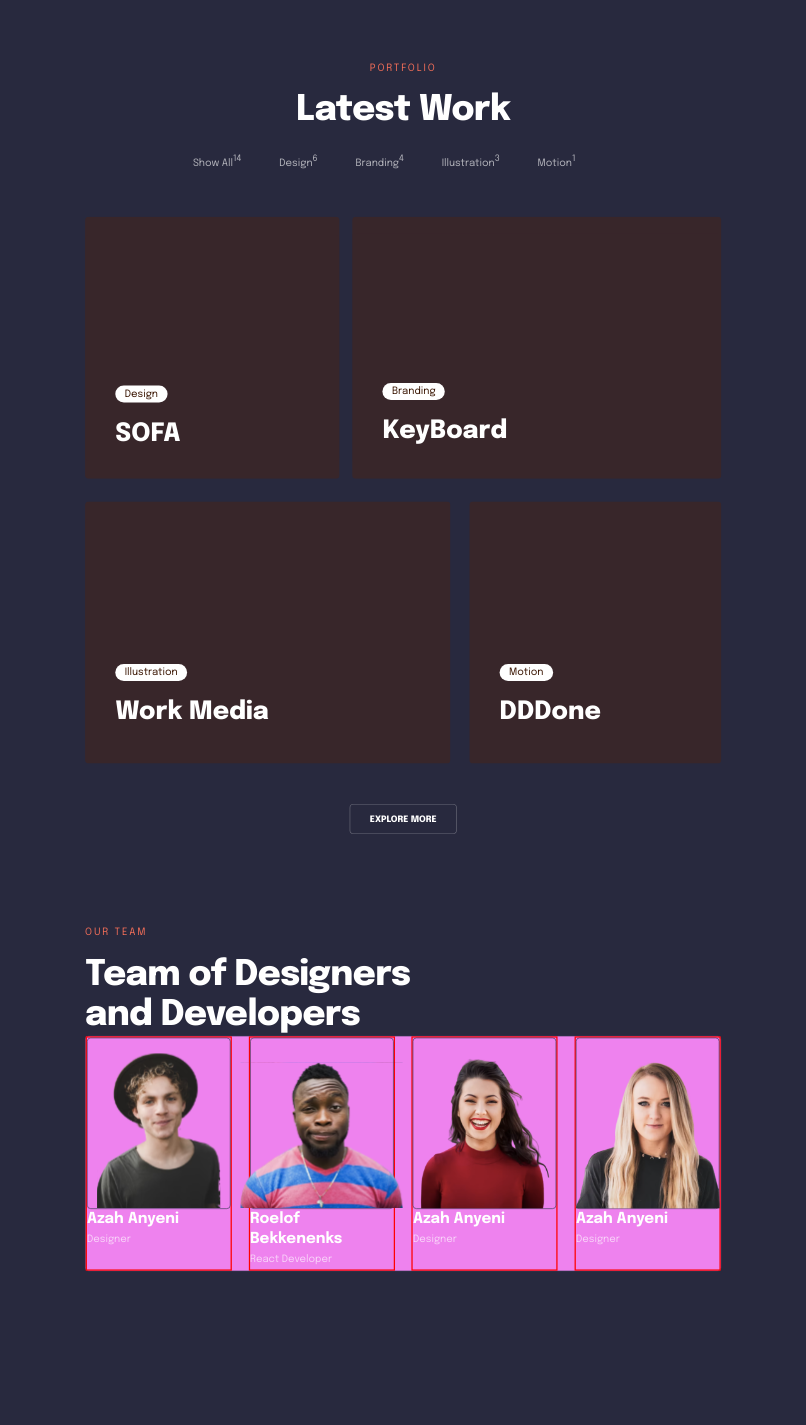
Repository: FidanXankishiyeva/figma-positions-task
Page: index.html
An editor plug-in stored every save of this project. The page is shown before and after a run of saves, followed by the edit.
The browser window is 1280 px wide. The pictures show the whole page, at 63% of full size.

Above is the page before, as saved 2023-08-10 13:49:37.

After the next 2 saves:
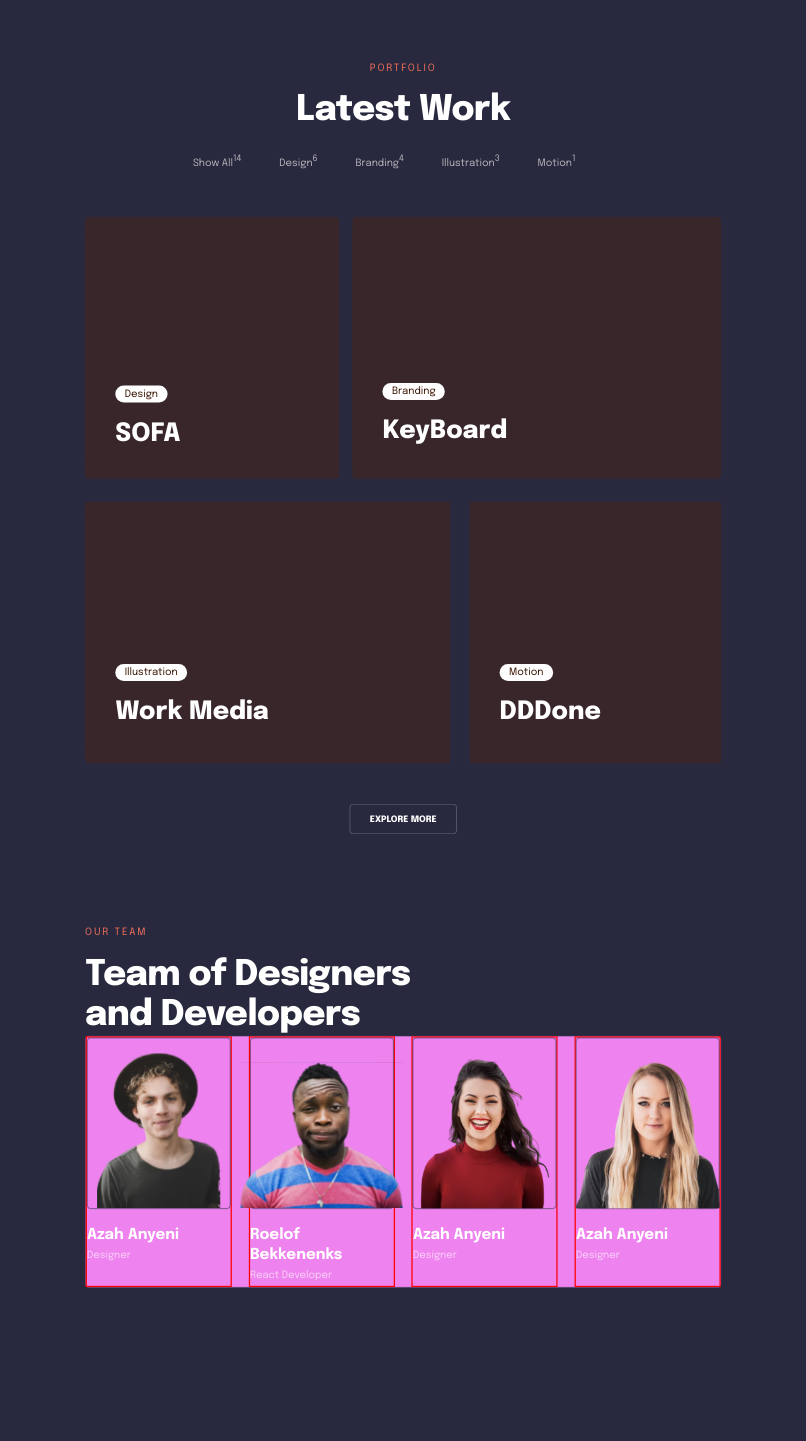
The 2 saves are shown as one change because they came seconds apart.
The last was saved 51 s later.
--- a/index.css
+++ b/index.css
@@ -335,6 +335,7 @@ button {
 }
 
 .team-person h5 {
+    margin-top: 26px;
     color: var(--text-light, #fff);
     font-feature-settings:
         "clig" off,
